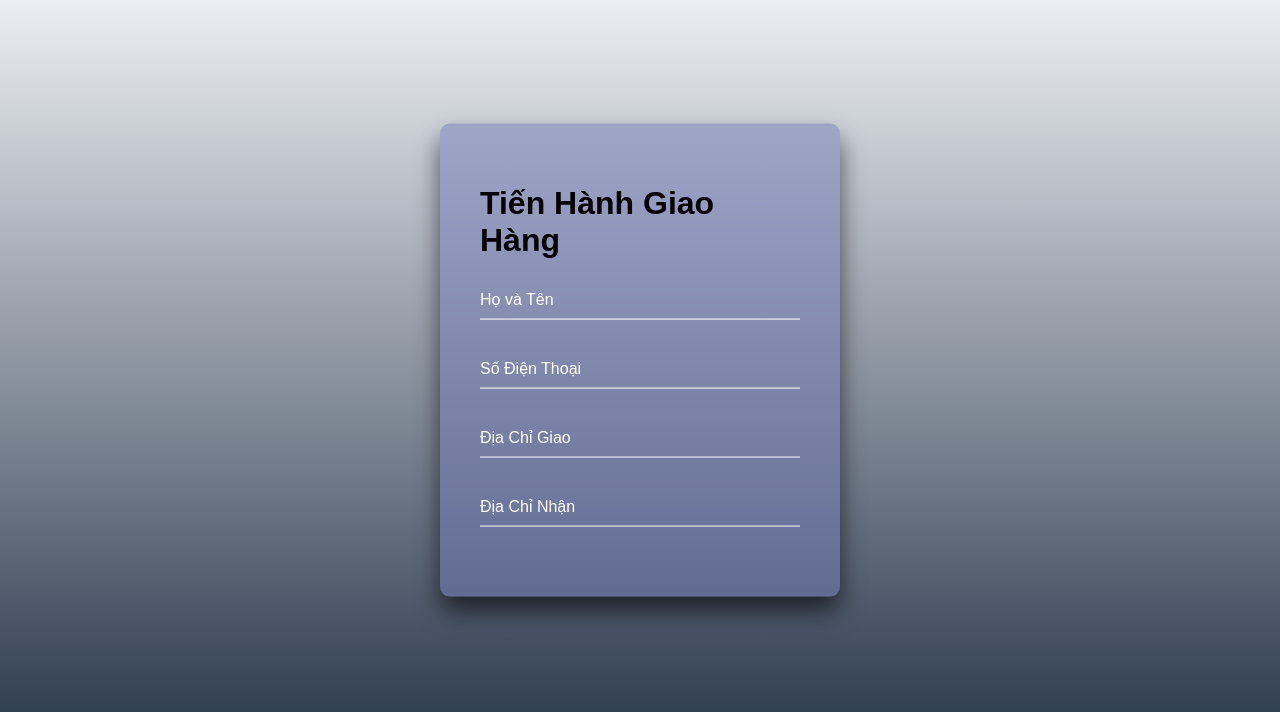
Repository: Pnguyen285/Demo
Page: Giao diện/index.html
The author's editor kept a copy of each file at every save. The page is drawn from the files as they stood at one save, then again after the next save.
The browser window is 1280 px wide. The pictures show the whole page.

Above is the page before, as saved 2023-07-27 21:54:07.

### Giao diện/index.html
<!DOCTYPE html>
<html lang="en">
<head>
  <meta charset="UTF-8">
  <meta name="viewport" content="width=device-width, initial-scale=1.0">
  <title>Document</title>
  <link rel="stylesheet" type="" href="style.css">
</head>
<body>
  <div class="login-box">
    <h1>Tiến Hành Giao Hàng</h1>
    <form>
      <div class="user-box">
        <input type="text" name="" required="">
        <label>Họ và Tên</label>
      </div>
      <div class="user-box">
        <input type="text" name="" required="">
        <label>Số Điện Thoại</label>
      </div>
      <div class="user-box">
        <input type="text" name="" required="">
        <label>Địa Chỉ Giao</label>
      </div>
      <div class="user-box">
        <input type="text" name="" required="">
        <label>Địa Chỉ Nhận</label>
      </div>

    </form>
  </div>
</body>
</html>

### Giao diện/style.css
html {
  height: 100%;
}
body {
  margin:0;
  padding:0;
  font-family: sans-serif;
  background: linear-gradient(#eceef3, #303e51);
}

.login-box {
  position: absolute;
  top: 50%;
  left: 50%;
  width: 400px;
  padding: 40px;
  transform: translate(-50%, -50%);
  background: rgba(116, 124, 184, 0.5);
  box-sizing: border-box;
  box-shadow: 0 15px 25px rgba(0,0,0,.6);
  border-radius: 10px;
}

.login-box h2 {
  margin: 0 0 30px;
  padding: 0;
  color: #fff;
  text-align: center;
}

.login-box .user-box {
  position: relative;
}

.login-box .user-box input {
  width: 100%;
  padding: 10px 0;
  font-size: 16px;
  color: #0b0909;
  margin-bottom: 30px;
  border: none;
  border-bottom: 1px solid #fff;
  outline: none;
  background: transparent;
}
.login-box .user-box label {
  position: absolute;
  top:0;
  left: 0;
  padding: 10px 0;
  font-size: 16px;
  color: #fff;
  pointer-events: none;
  transition: .5s;
}

.login-box .user-box input:focus ~ label,
.login-box .user-box input:valid ~ label {
  top: -20px;
  left: 0;
  color: #0a0704;
  font-size: 12px;
}

After the next save:
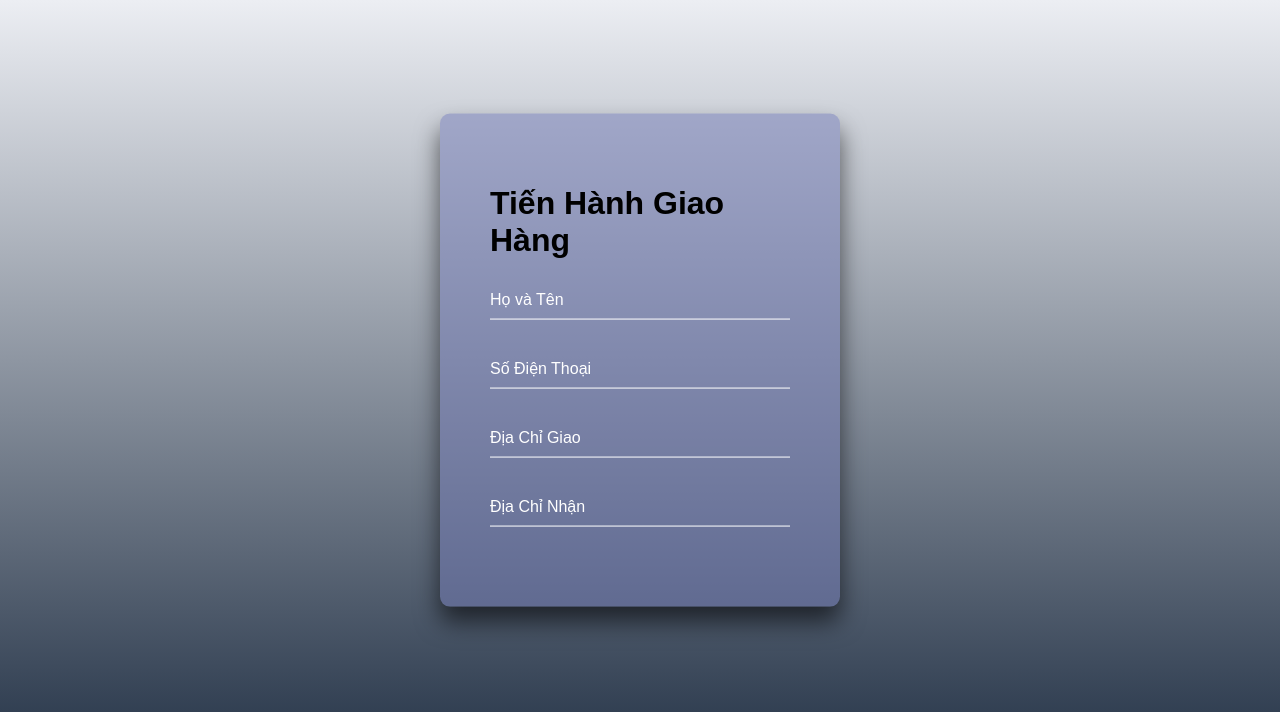
Saved 7 min 19 s later.
--- a/Giao diện/style.css
+++ b/Giao diện/style.css
@@ -13,7 +13,7 @@ body {
   top: 50%;
   left: 50%;
   width: 400px;
-  padding: 40px;
+  padding: 50px;
   transform: translate(-50%, -50%);
   background: rgba(116, 124, 184, 0.5);
   box-sizing: border-box;
